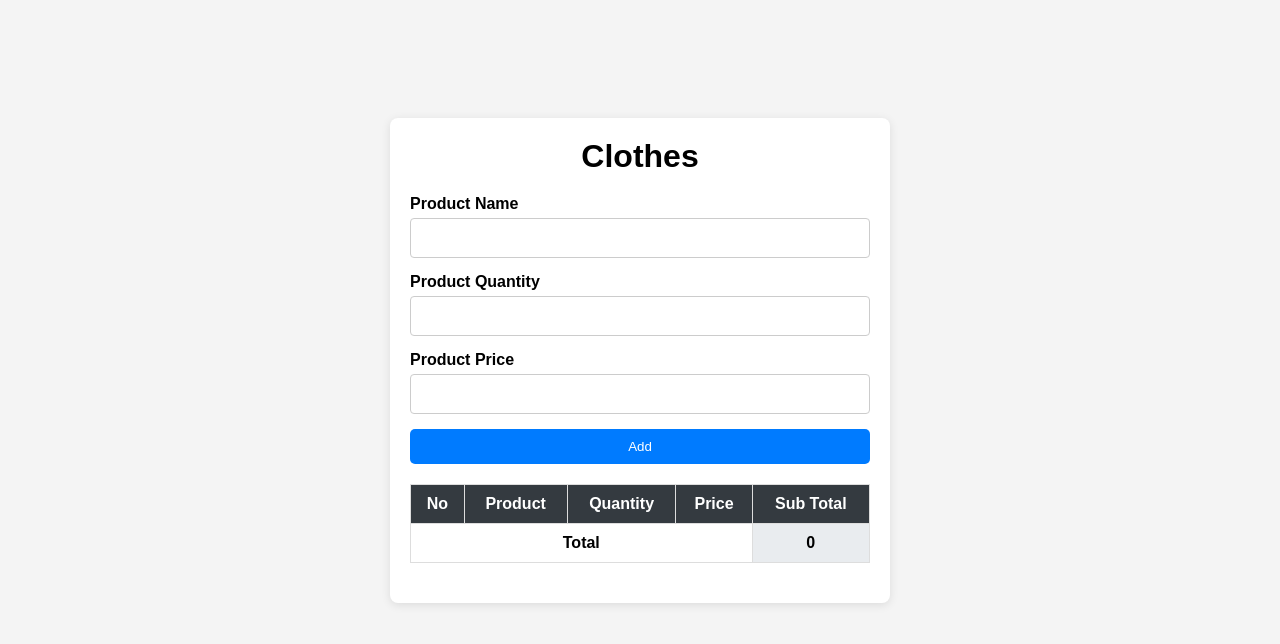
Repository: LeTiepTuyen/homework2
Page: clothes_form.html
The author's editor kept a copy of each file at every save. The page is drawn from the files as they stood at one save, then again after the next save.
The browser window is 1280 px wide. The pictures show the whole page.

Above is the page before, as saved 2024-09-19 19:09:28.

After the next save:
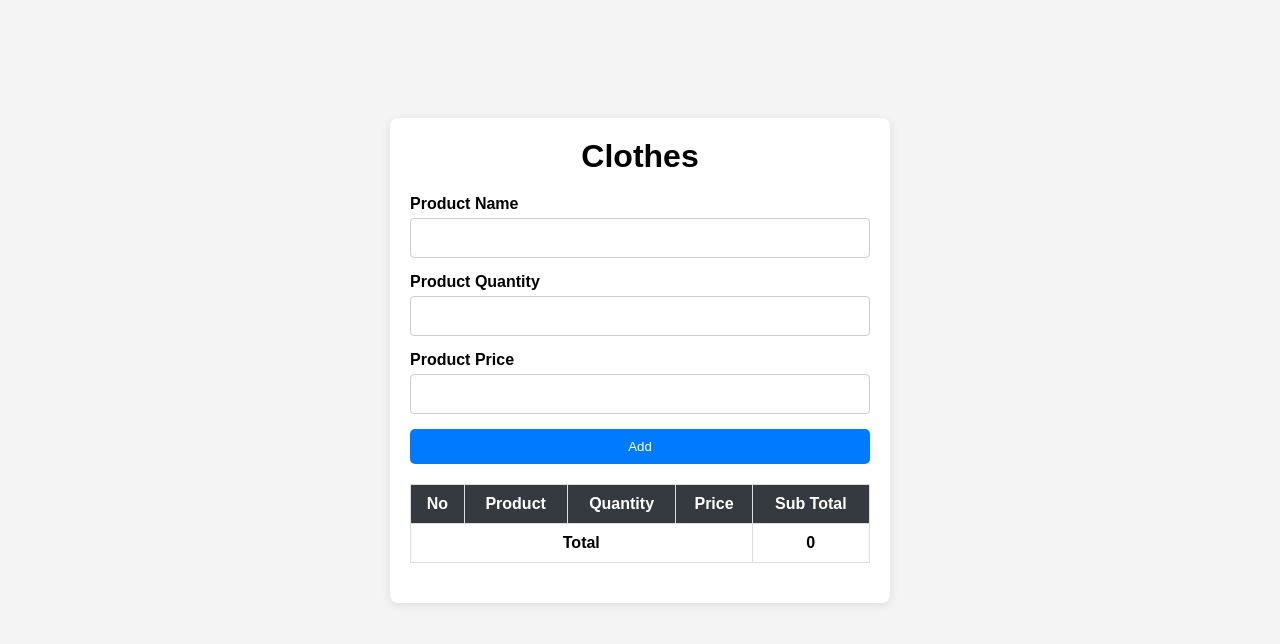
Saved 12 s later.
--- a/style.css
+++ b/style.css
@@ -80,7 +80,3 @@ thead th {
 tfoot td {
   font-weight: bold;
 }
-
-tfoot td:last-child {
-  background-color: #e9ecef;
-}
